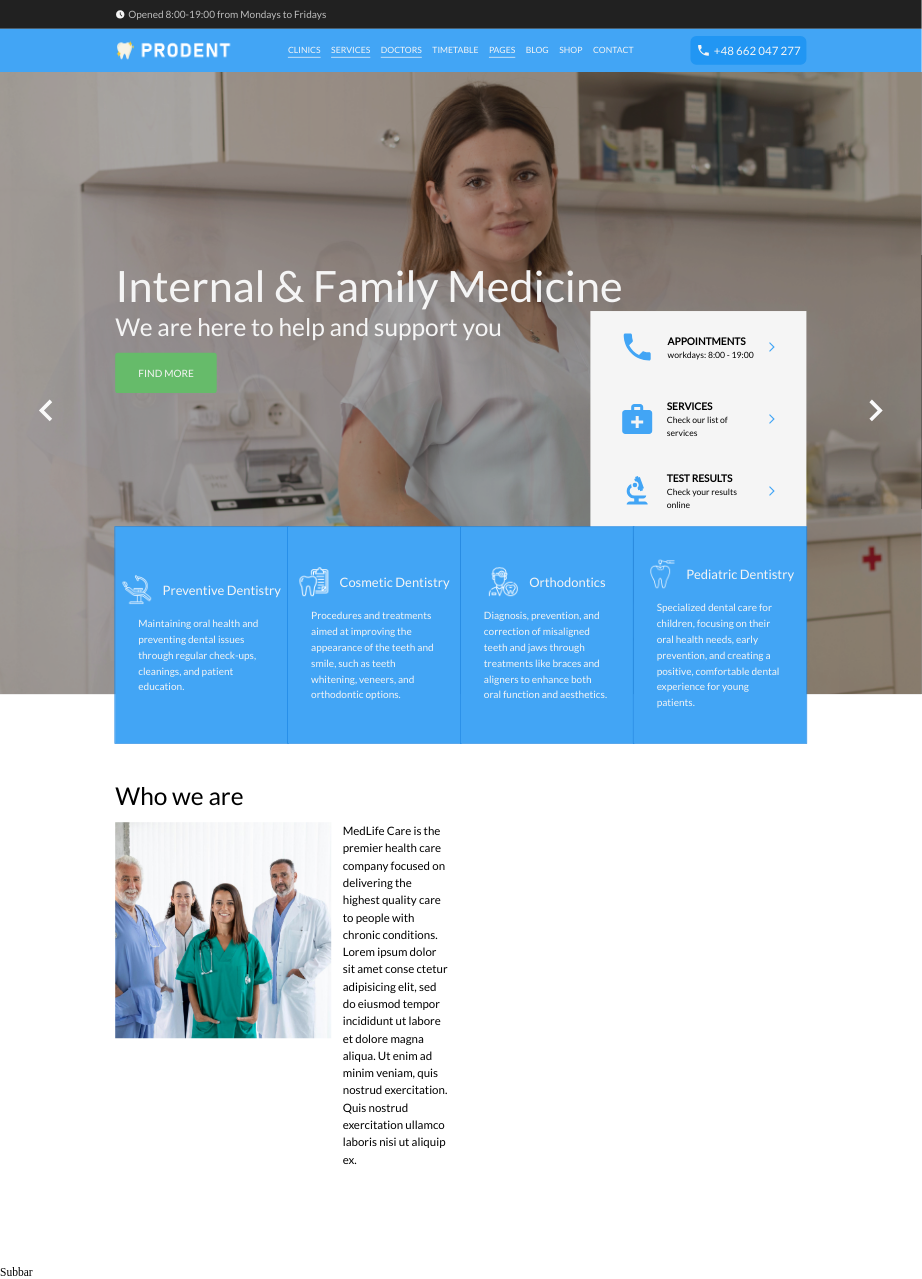
Repository: princ3-web/8
Page: /
The author's editor kept a copy of each file at every save. The page is drawn from the files as they stood at one save, then again after a run of saves.
The browser window is 1280 px wide. The pictures show the whole page, at 72% of full size.
The project was rebuilt for these pictures with package versions that can differ from the ones it lists, and the page was loaded fresh each time. Also part of the build but not shown: vite.config.js, src/subpages/About.jsx, src/index.css.

Above is the page before, as saved 2023-11-02 15:17:15.

### index.html
<!doctype html>
<html lang="en">
  <head>
    <meta charset="UTF-8" />
    <link rel="icon" type="image/svg+xml" href="/vite.svg" />
    <meta name="viewport" content="width=device-width, initial-scale=1.0" />
    <title>Vite + React</title>
    <link rel="preconnect" href="https://fonts.googleapis.com">
    <link rel="preconnect" href="https://fonts.gstatic.com" crossorigin>
    <link href="https://fonts.googleapis.com/css2?family=Lato&display=swap" rel="stylesheet">
  </head>
  <body>
    <div id="root"></div>
    <script type="module" src="/src/main.jsx"></script>
  </body>
</html>

### src/App.jsx
import "./App.css";
import { Box } from "@mui/material";
import { Route, Routes } from "react-router-dom";
import Home from "./subpages/Home";
import About from "./subpages/About";
import Navbar from "./components/Navbar";
import Subbar from "./components/Subbar";
import { createTheme, ThemeProvider } from "@mui/material/styles";

function App() {

  const theme = createTheme({
    typography: {
      fontFamily: "Lato, sans-serif",
    },
  });



  return (
    <ThemeProvider theme={theme}>
    <Box>

      <Navbar />

      <Routes>
        <Route path="/" element={<Home />} />
        <Route path="/about" element={<About />} />
      </Routes>
      <Subbar />
    </Box>
    </ThemeProvider>
  );
}

export default App;

### src/App.css
body {
  padding: 0;
  margin: 0;
  overflow-x: "hidden";
}

### src/subpages/Home.jsx
import React, { useEffect, useState } from "react";
import { Box, CardMedia, Typography, Button, Fade } from "@mui/material";
import image1 from "../assets/images/1.jpg";
import image2 from "../assets/images/2.jpg";
import image3 from "../assets/images/3.jpg";
import image4 from "../assets/images/4.jpg";
import { green, grey, blue } from "@mui/material/colors";
import PhoneIcon from "@mui/icons-material/Phone";
import MedicalServicesIcon from "@mui/icons-material/MedicalServices";
import BiotechIcon from "@mui/icons-material/Biotech";
import ArrowForwardIosIcon from "@mui/icons-material/ArrowForwardIos";
import icon1 from "../assets/icons/1.png";
import icon2 from "../assets/icons/2.png";
import icon3 from "../assets/icons/3.png";
import icon4 from "../assets/icons/4.png";
import SingleCarousel from "../components/SingleCarousel";

const Menu = () => {
  const items0 = [
    {
      title: "Preventive Dentistry",
      text: "Maintaining oral health and preventing dental issues through regular check-ups, cleanings, and patient education.",
      icon: icon1,
    },
    {
      title: "Cosmetic Dentistry",
      text: "Procedures and treatments aimed at improving the appearance of the teeth and smile, such as teeth whitening, veneers, and orthodontic options.",
      icon: icon2,
    },
    {
      title: "Orthodontics",
      text: "Diagnosis, prevention, and correction of misaligned teeth and jaws through treatments like braces and aligners to enhance both oral function and aesthetics.      ",
      icon: icon3,
    },
    {
      title: "Pediatric Dentistry",
      text: "Specialized dental care for children, focusing on their oral health needs, early prevention, and creating a positive, comfortable dental experience for young patients.      ",
      icon: icon4,
    },
  ];

  const items1 = [
    {
      title: "APPOINTMENTS",
      text: "workdays: 8:00 - 19:00",
      icon: <PhoneIcon sx={{ color: blue[400], fontSize: "50px", mr: "1rem" }} />,
    },
    {
      title: "SERVICES",
      text: "Check our list of services",
      icon: <MedicalServicesIcon sx={{ color: blue[400], fontSize: "50px", mr: "1rem" }} />,
    },
    {
      title: "TEST RESULTS",
      text: "Check your results online",
      icon: <BiotechIcon sx={{ color: blue[400], fontSize: "50px", mr: "1rem" }} />,
    },
  ];

  return (
    <Box
      sx={{
        position: "absolute",
        display: "flex",
        flexDirection: "column",
        alignItems: "flex-end",
        boxSizing: "border-box",
        top: "60%",
        px: "160px",
        width: "100%",
      }}
    >
      <Box
        sx={{
          display: "flex",
          flexDirection: "column",
          justifyContent: "space-evenly",
          alignItems: "center",
          backgroundColor: grey[100],
          width: "300px",
          height: "300px",
        }}
      >
        {items1.map((item) => (
          <Box
            sx={{
              display: "flex",
              alignItems: "center",
              justifyContent: "space-between",
              width: "100%",
              height: "33%",
              boxSizing: "border-box",
              px: "40px",
              transition: "0.25s",
              ":hover": {
                backgroundColor: grey[300],
                cursor: "pointer",
              },
            }}
          >
            {item.icon}
            <Box>
              <Typography sx={{ fontSize: "14px", fontWeight: 600 }}>{item.title}</Typography>
              <Typography sx={{ fontSize: "12px" }}>{item.text}</Typography>
            </Box>
            <ArrowForwardIosIcon sx={{ color: blue[400], fontSize: "16px", ml: "1rem" }} />
          </Box>
        ))}
      </Box>
      <Box sx={{ display: "flex", width: "100%" }}>
        {items0.map((item) => (
          <Box
            sx={{
              display: "flex",
              flexDirection: "column",
              justifyContent: "center",
              alignItems: "center",
              backgroundColor: blue[400],
              width: "300px",
              height: "300px",
              outline: "1px solid " + blue[600],
              transition: "0.25s",
              ":hover": {
                backgroundColor: blue[500],
                cursor: "pointer",
              },
            }}
          >
            <Box sx={{ display: "flex", alignItems: "center", mb: "1rem" }}>
              <CardMedia
                component="img"
                src={item.icon}
                alt=""
                sx={{ width: "40px", mr: "1rem" }}
              />
              <Typography color={grey[100]} sx={{ fontSize: "18px" }}>
                {item.title}
              </Typography>
            </Box>
            <Typography color={grey[100]} variant="subtitle2" sx={{ px: "2rem" }}>
              {item.text}
            </Typography>
          </Box>
        ))}
      </Box>
    </Box>
  );
};

const Home = () => {
  const items0 = [
    {
      title: "Preventive Dentistry",
      text: "Maintaining oral health and preventing dental issues through regular check-ups, cleanings, and patient education.",
      icon: icon1,
    },
    {
      title: "Cosmetic Dentistry",
      text: "Procedures and treatments aimed at improving the appearance of the teeth and smile, such as teeth whitening, veneers, and orthodontic options.",
      icon: icon2,
    },
    {
      title: "Orthodontics",
      text: "Diagnosis, prevention, and correction of misaligned teeth and jaws through treatments like braces and aligners to enhance both oral function and aesthetics.      ",
      icon: icon3,
    },
    {
      title: "Pediatric Dentistry",
      text: "Specialized dental care for children, focusing on their oral health needs, early prevention, and creating a positive, comfortable dental experience for young patients.      ",
      icon: icon4,
    },
  ];

  const items1 = [
    {
      title: "APPOINTMENTS",
      text: "workdays: 8:00 - 19:00",
      icon: <PhoneIcon sx={{ color: blue[400], fontSize: "50px", mr: "1rem" }} />,
    },
    {
      title: "SERVICES",
      text: "Check our list of services",
      icon: <MedicalServicesIcon sx={{ color: blue[400], fontSize: "50px", mr: "1rem" }} />,
    },
    {
      title: "TEST RESULTS",
      text: "Check your results online",
      icon: <BiotechIcon sx={{ color: blue[400], fontSize: "50px", mr: "1rem" }} />,
    },
  ];

  const [currentImageIndex, setCurrentImageIndex] = useState(0);

  useEffect(() => {
    const interval = setInterval(() => {
      const nextIndex = (currentImageIndex + 1) % images.length;
      setCurrentImageIndex(nextIndex);
    }, 4000);

    return () => {
      clearInterval(interval);
    };
  }, [currentImageIndex]);

  const images = [image1, image2, image3, image4];

  return (
    <Box>
      <SingleCarousel images={images} />

      <Box sx={{ position: "absolute", top: "50%", left: "160px", zIndex: 1 }}>
        <Typography variant="h2" sx={{ color: grey[100] }}>
          Internal & Family Medicine
        </Typography>
        <Typography variant="h4" sx={{ color: grey[100] }}>
          We are here to help and support you
        </Typography>
        <Button
          sx={{
            backgroundColor: green[400],
            color: grey[100],
            py: "1rem",
            px: "2rem",
            mt: "1rem",
            "&:hover": {
              backgroundColor: green[700],
              cursor: "pointer",
            },
          }}
        >
          FIND MORE
        </Button>
      </Box>
      <Menu />
      <Box sx={{ boxSizing: "border-box", px: "160px", py: "120px" }}>
        <Typography variant="h4">Who we are</Typography>
        <Box sx={{ display: "flex",  width:"50%" }}>
          <CardMedia
            component="img"
            src={image1}
            alt=""
            sx={{ width: "300px", height: "300px", mt: "1rem" }}
          />
          <Box sx={{p:"1rem"}}>
            <Typography>
              MedLife Care is the premier health care company focused on delivering the highest
              quality care
            </Typography>

          <Typography>
            to people with chronic conditions. Lorem ipsum dolor sit amet conse ctetur adipisicing
            elit, sed do eiusmod tempor incididunt ut labore et dolore magna aliqua. Ut enim ad
            minim veniam, quis nostrud exercitation. Quis nostrud exercitation ullamco laboris nisi
            ut aliquip ex.
          </Typography>
          </Box>
        </Box>
      </Box>
    </Box>
  );
};

export default Home;

### src/components/Navbar.jsx
import React from "react";
import { Box, Typography, CardMedia, Menu, MenuItem } from "@mui/material";
import { blue, grey } from "@mui/material/colors";
import PhoneIcon from "@mui/icons-material/Phone";
import AccessTimeFilledIcon from "@mui/icons-material/AccessTimeFilled";
import logo from "../assets/icons/logo.png";

const Navbar = () => {
  const items = [
    { name: "CLINICS", items: ["Dental Clinic 1", "Dental Clinic 2", "Dental Clinic 3"] },
    { name: "SERVICES", items: ["Orthodontics", "Cosmetic Dentistry", "Preventive Dentistry"] },
    { name: "DOCTORS", items: ["Dentist 1", "Dentist 2", "Dentist 3"] },
    { name: "TIMETABLE", items: [] },
    { name: "PAGES", items: ["Home Page", "About Us", "Services Page"] },
    { name: "BLOG", items: [] },
    { name: "SHOP", items: [] },
    {
      name: "CONTACT",
      items: [],
    },
  ];

  const handleMenuItemHover = (event, index) => {
    const dropdownMenu = event.currentTarget.querySelector(".dropdown-menu");
    if (dropdownMenu) {
      dropdownMenu.style.visibility = "visible";
      dropdownMenu.style.filter = "opacity(1)";
    }
  };

  const handleMenuItemLeave = (event) => {
    const dropdownMenu = event.currentTarget.querySelector(".dropdown-menu");
    if (dropdownMenu) {
      dropdownMenu.style.visibility = "hidden";
      dropdownMenu.style.filter = "opacity(0)";
    }
  };

  return (
    <Box sx={{ position: "relative", zIndex: 2 }}>
      <Box
        sx={{
          display: "flex",
          alignItems: "center",
          height: "40px",
          width: "100%",
          backgroundColor: grey[900],
          pl: "160px",
          boxSizing: "border-box",
        }}
      >
        <AccessTimeFilledIcon sx={{ color: grey[100], fontSize: "14px", mr: "0.25rem" }} />
        <Typography color={grey[400]} variant="subtitle2">
          Opened 8:00-19:00 from Mondays to Fridays
        </Typography>
      </Box>
      <Box
        sx={{
          display: "flex",
          justifyContent: "space-between",
          alignItems: "center",
          boxSizing: "border-box",
          px: "160px",
          backgroundColor: blue[400],
          height: "60px",
        }}
      >
        <Box>
          <CardMedia component="img" src={logo} alt="" sx={{ height: "30px" }} />
        </Box>
        <Box
          sx={{
            display: "flex",
            justifyContent: "space-between",
            alignItems: "center",
            width: "50%",
            height: "100%",
          }}
        >
          {items.map((item, index) => (
            <Box
              key={index}
              onMouseEnter={(e) => handleMenuItemHover(e, index)}
              onMouseLeave={handleMenuItemLeave}
              sx={{ display: "flex", alignItems: "center", height: "100%" }}
            >
              <Typography
                sx={{
                  color: grey[100],
                  textDecoration: item.items.length < 1 ? "none" : "underline",
                  textUnderlineOffset:"5px",
                  fontSize: "12px",
                  ":hover": { cursor: "pointer", color: blue[100] },
                }}
              >
                {item.name}
              </Typography>
              <Box
                className="dropdown-menu"
                sx={{
                  visibility: "hidden",
                  position: "absolute",
                  backgroundColor: grey[100],
                  transition: "0.5s",
                  filter: "opacity(0)",
                  fontSize: "12px",
                  mt: "190px",
                  ml: "-10px",
                  py:"0.5rem",
                }}
              >
                {item.items.map((item) => (

                  <MenuItem sx={{ fontSize: "12px", p:"1rem", pr:"7rem" }}>{item}</MenuItem>
                ))}
              </Box>
            </Box>
          ))}
        </Box>
        <Box
          sx={{
            display: "flex",
            alignItems: "center",
            p: "0.5rem",
            borderRadius: ".5rem",
            backgroundColor: blue[500],
          }}
        >
          <PhoneIcon sx={{ color: grey[100], fontSize: "20px", mr: "0.25rem" }} />
          <Typography color={grey[100]}>+48 662 047 277</Typography>
        </Box>
      </Box>
    </Box>
  );
};

export default Navbar;

### src/components/Subbar.jsx
import React from 'react'

const Subbar = () => {
  return (
    <div>Subbar</div>
  )
}

export default Subbar

### src/components/SingleCarousel.jsx
import React, { useState, useEffect } from "react";
import KeyboardArrowLeftIcon from "@mui/icons-material/KeyboardArrowLeft";
import KeyboardArrowRightIcon from "@mui/icons-material/KeyboardArrowRight";
import IconButton from "@mui/material/IconButton";
import Box from "@mui/material/Box";
import { grey } from "@mui/material/colors";
import { CardMedia } from "@mui/material";

const SingleCarousel = ({ images }) => {
  const [index, setIndex] = useState(0);
  const [transition, setTransition] = useState(false);
  const [hover, setHover] = useState(false);

  useEffect(() => {
    const interval = setInterval(() => {
      setIndex((state) => (state === images.length - 1 ? 0 : state + 1));
    }, 5000);

    return () => {
      clearInterval(interval);
    };
  }, [hover]);

  const handlePrevious = () => {
    if (!transition) {
      setTransition(true);
      setIndex((state) => (state > 0 ? setIndex(state - 1) : setIndex(images.length - 1)));
      setTimeout(() => setTransition(false), 500);
    }
  };

  const handleNext = () => {
    if (!transition) {
      setTransition(true);
      setIndex((state) => (state < images.length - 1 ? setIndex(state + 1) : setIndex(0)));
      setTimeout(() => setTransition(false), 500);
    }
  };

  return (
    <Box height={"120vh"} sx={{ position: "relative", overflow: "hidden", backgroundColor: grey[900] }}>
      {images.map((item, n) => (
        <Box
          sx={{
            position: "absolute",
            justifyContent: "center",
            alignContent: "center",
            width: "100%",
            height: "100%",
            transition: "2s",
            filter: n === index ? "Opacity(1)" : "Opacity(0)",
          }}
        >
          <CardMedia
            component="img"
            src={item}
            sx={{ height: "100%", filter: "brightness(0.8)" }}
          />

        </Box>
      ))}
      <Box
        sx={{
          position: "absolute",
          display: "flex",
          justifyContent: "space-between",
          width: "96%",
          left: "2%",
          top: "50%",
        }}
      >
        <IconButton
          onClick={handlePrevious}
          onMouseOver={() => setHover(true)}
          onMouseLeave={() => setHover(false)}
        >
          <KeyboardArrowLeftIcon style={{ color: grey[50], zIndex: 10, fontSize: 60 }} />
        </IconButton>
        <IconButton
          onClick={handleNext}
          onMouseOver={() => setHover(true)}
          onMouseLeave={() => setHover(false)}
        >
          <KeyboardArrowRightIcon style={{ color: grey[50], zIndex: 10, fontSize: 60 }} />
        </IconButton>
      </Box>
    </Box>
  );
};

export default SingleCarousel;

Loaded but not shown: src/main.jsx (common file); src/index.css (no copy from this time; the picture is the same without it)

After the next 4 saves:
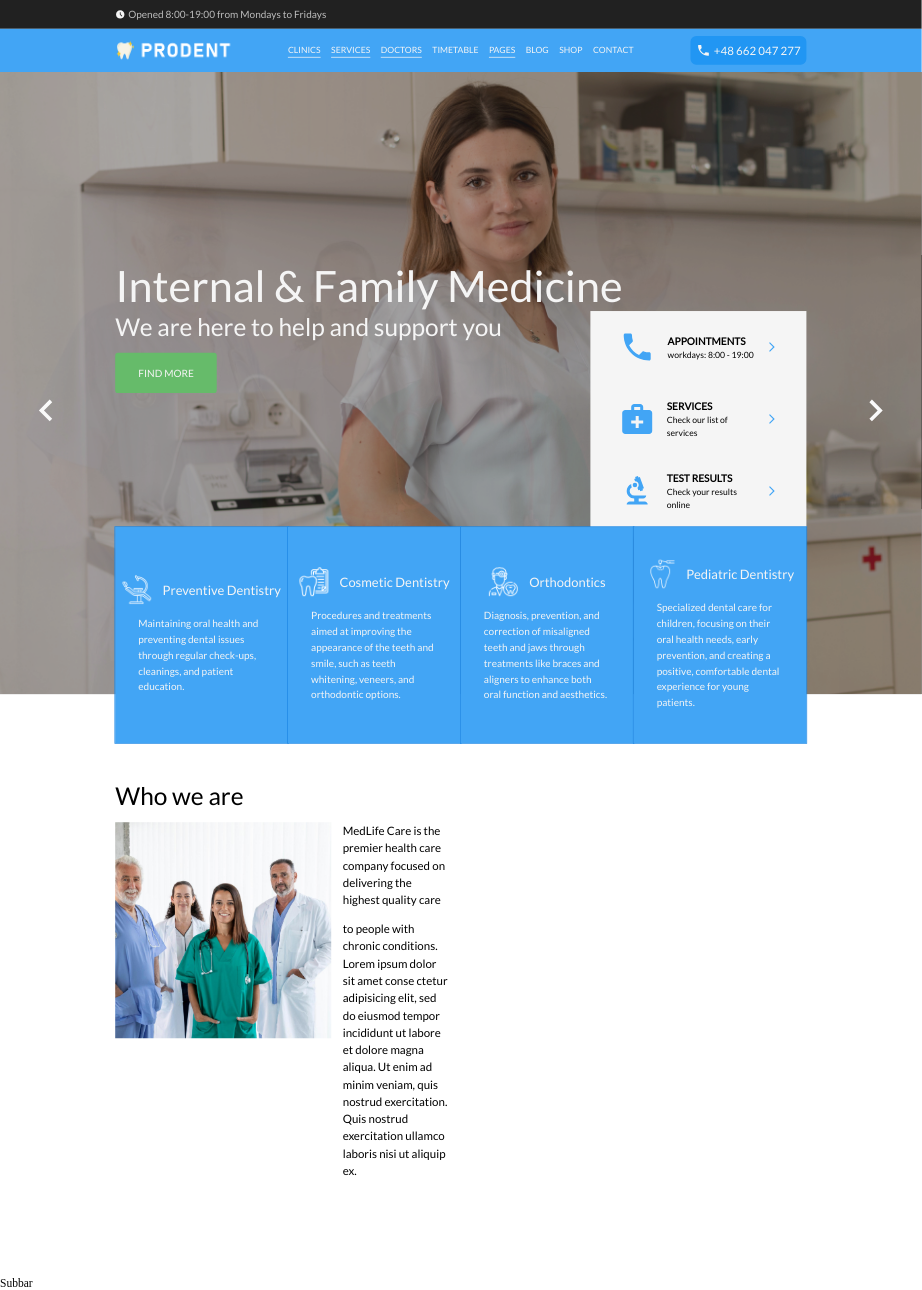
The 4 saves are shown as one change because they came seconds apart.
The last was saved 9 s later.
--- a/src/subpages/Home.jsx
+++ b/src/subpages/Home.jsx
@@ -242,7 +242,7 @@ const Home = () => {
             sx={{ width: "300px", height: "300px", mt: "1rem" }}
           />
           <Box sx={{p:"1rem"}}>
-            <Typography>
+            <Typography sx={{mb:"1rem"}}>
               MedLife Care is the premier health care company focused on delivering the highest
               quality care
             </Typography>
